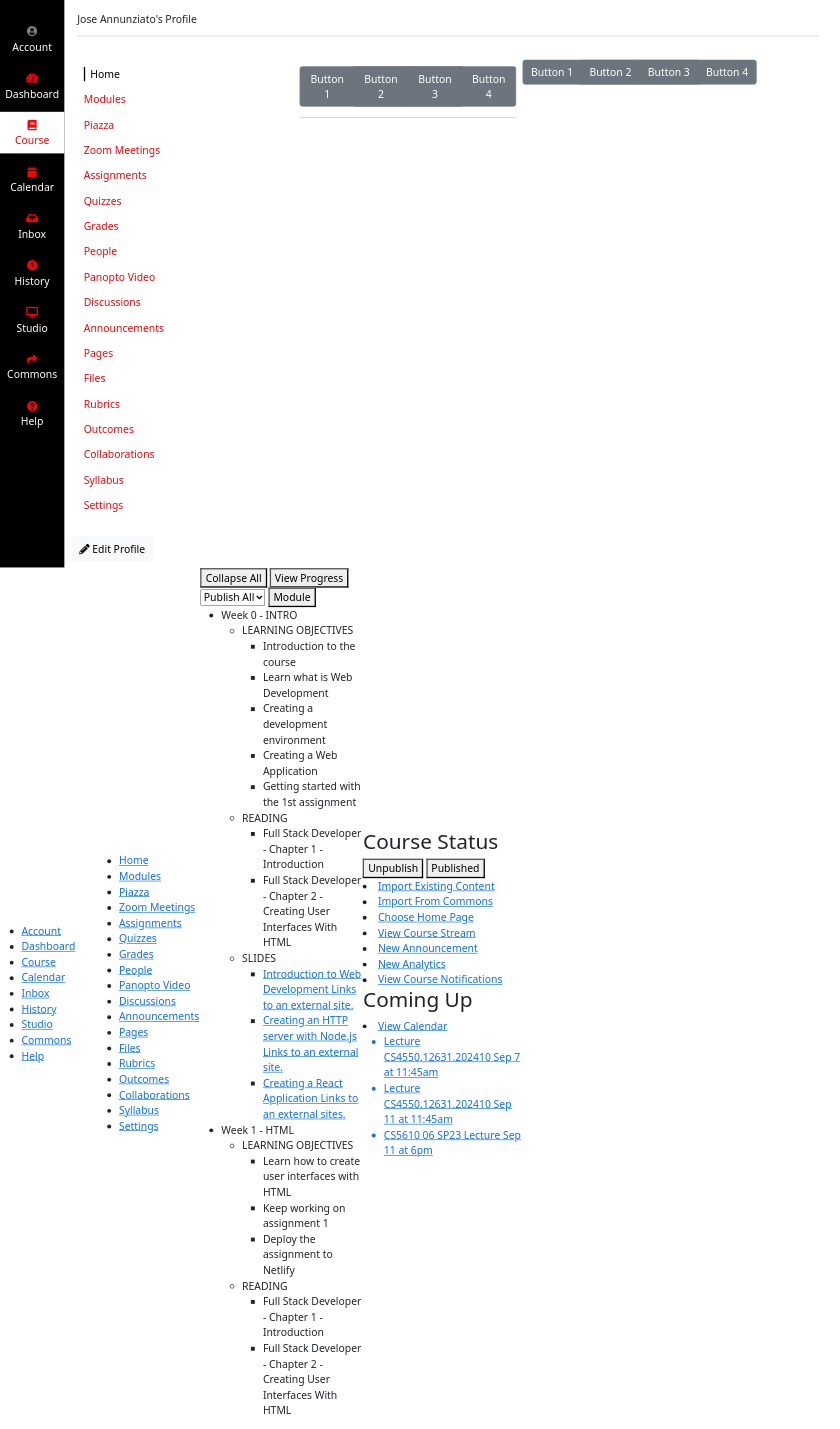
Repository: yuqiant/kanbas-react-web-app
Page: public/kanbas/home.html
The author's editor kept a copy of each file at every save. The page is drawn from the files as they stood at one save, then again after the next save.
The browser window is 1280 px wide. The page is 1292 px wide, so the pictures cover 1292 px, including what lies to the right of the window. The pictures show the whole page, at 65% of full size.

Above is the page before, as saved 2023-10-04 20:06:29.

After the next save:
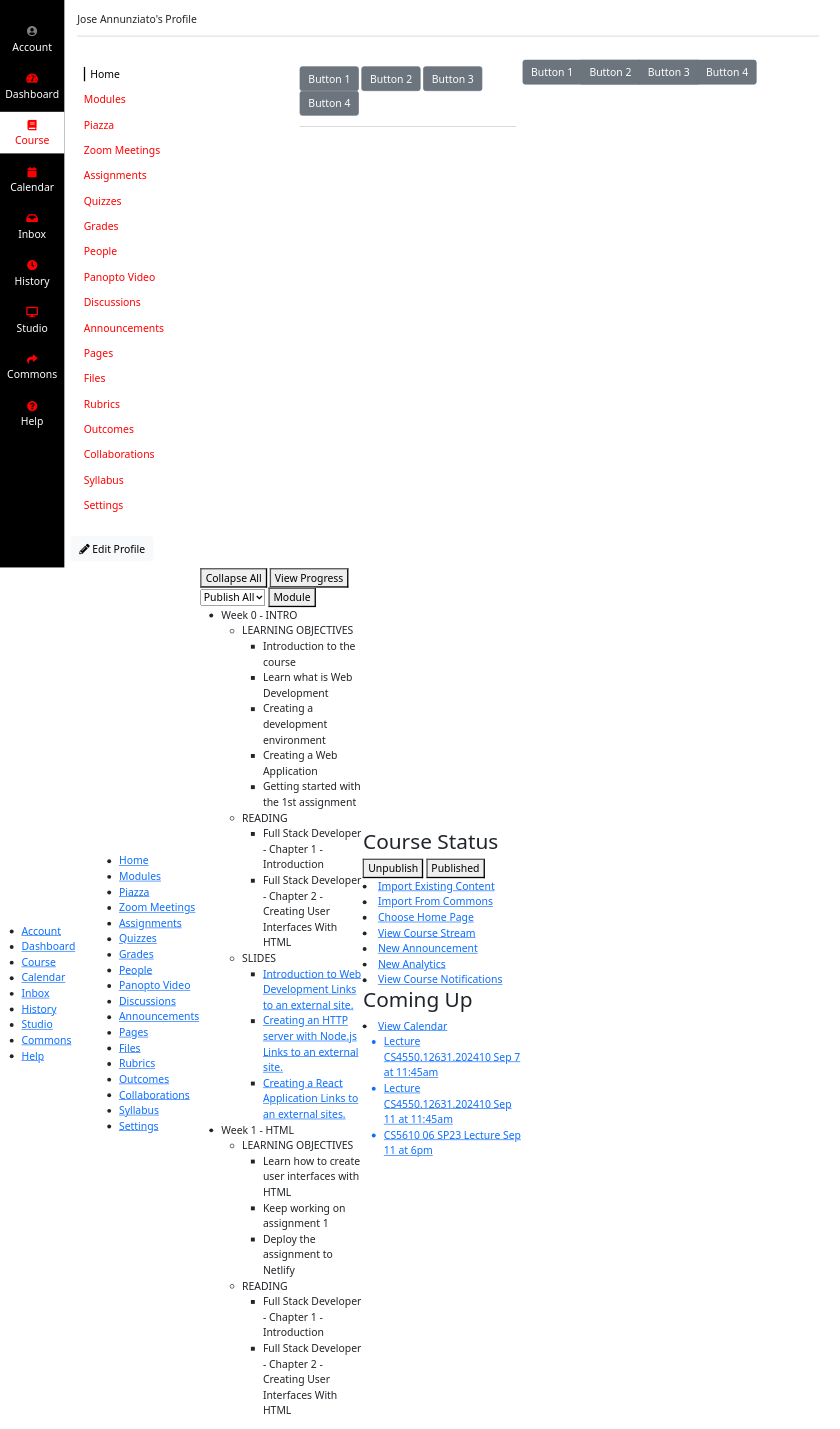
Saved 84 s later.
--- a/public/kanbas/home.html
+++ b/public/kanbas/home.html
@@ -67,12 +67,12 @@
                     </div>
                 </div>
                 <div class="right-bottom-item">
-                    <div class="btn-group">
-                        <button type="button" class="btn btn-secondary">Button 1</button>
-                        <button type="button" class="btn btn-secondary">Button 2</button>
-                        <button type="button" class="btn btn-secondary">Button 3</button>
-                        <button type="button" class="btn btn-secondary">Button 4</button>
-                    </div>
+
+                    <button type="button" class="btn btn-secondary">Button 1</button>
+                    <button type="button" class="btn btn-secondary">Button 2</button>
+                    <button type="button" class="btn btn-secondary">Button 3</button>
+                    <button type="button" class="btn btn-secondary">Button 4</button>
+
                     <hr />
                 </div>
                 <div class="row justify-content-end">
